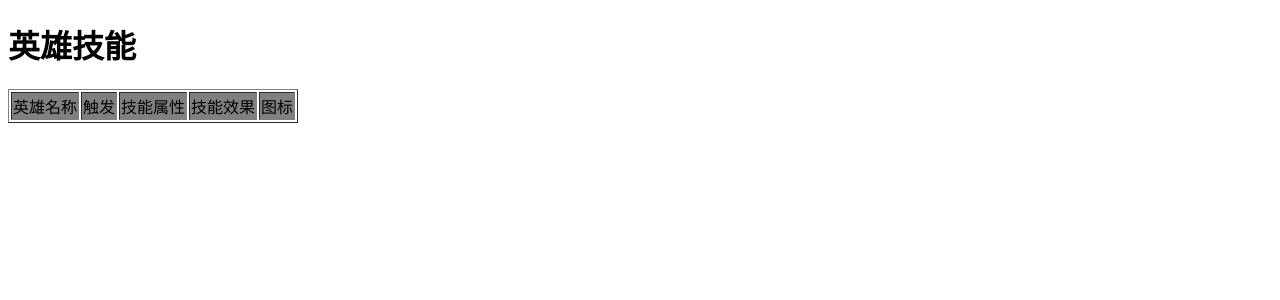
Repository: NPUYUN/Note
Page: Web/HTML/练习2.html
The author's editor kept a copy of each file at every save. The page is drawn from the files as they stood at one save, then again after the next save.
The browser window is 1280 px wide. The pictures show the whole page.

Above is the page before, as saved 2025-11-24 21:28:18.

After the next save:
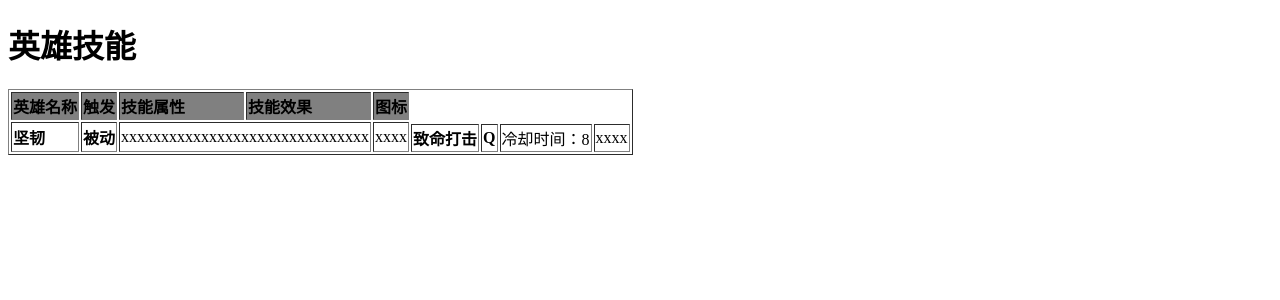
Saved 8 min 52 s later.
--- a/Web/HTML/练习2.html
+++ b/Web/HTML/练习2.html
@@ -9,19 +9,48 @@
         <table border="1">
             <tr bgcolor="grey">
                 <td colspan="2">
-                    英雄名称
+                    <b>英雄名称</b>
                 </td>
                 <td>
-                    触发
+                    <b>触发</b>
                 </td>
                 <td colspan="2">
-                    技能属性
+                    <b>技能属性</b>
                 </td>
                 <td colspan="8">
-                    技能效果
+                    <b>技能效果</b>
                 </td>
                 <td>
-                    图标
+                    <b>图标</b>
+                </td>
+            </tr>
+            <tr>
+                <td colspan="2" rowspan="2">
+                    <b>坚韧</b>
+                </td>
+                <td rowspan="2">
+                    <b>被动</b>
+                </td>
+                <td colspan="10" rowspan="2">
+                    xxxxxxxxxxxxxxxxxxxxxxxxxxxxxxx
+                </td>
+                <td rowspan="2">
+                    xxxx
+                </td>
+            </tr>
+
+            <tr>
+                <td colspan="2" rowspan="2">
+                    <b>致命打击</b>
+                </td>
+                <td>
+                    <b>Q</b>
+                </td>
+                <td colspan="2">
+                    冷却时间：8
+                </td>
+                <td>
+                    xxxx
                 </td>
             </tr>
         </table>
